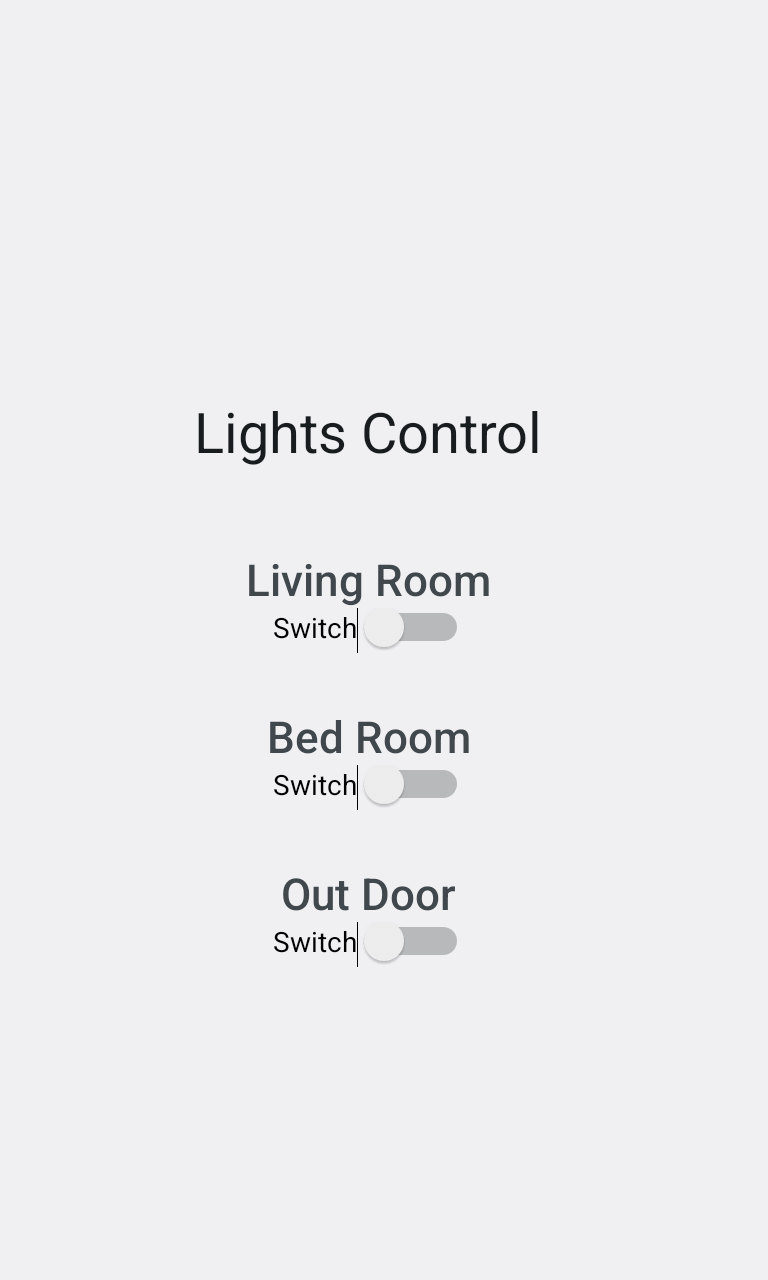
Repository: Teketel/hujeManiita
Layout: workspace/android/Besso/res/layout/control_activity.xml
The author's editor kept a copy of each file at every save. The layout is drawn from the files as they stood at one save, then again after the next save.
It is drawn on a 768 x 1280 px phone screen (xhdpi) without system bars, with theme AppTheme; the app's code is not run.

Above is the layout before, as saved 2013-05-19 22:36:49.

After the next save:
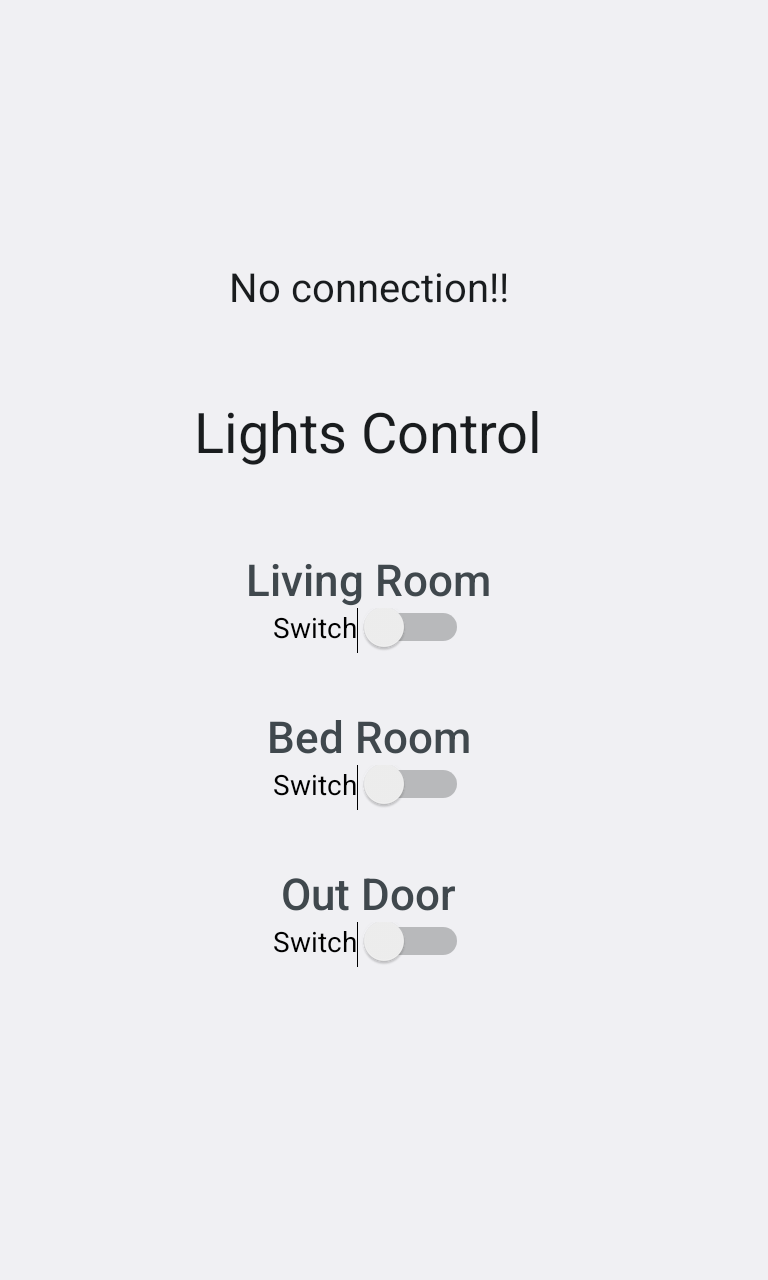
Saved 42 s later.
--- a/workspace/android/Besso/res/layout/control_activity.xml
+++ b/workspace/android/Besso/res/layout/control_activity.xml
@@ -13,7 +13,7 @@
             android:layout_height="wrap_content"
             android:gravity="center"
             android:paddingBottom="40dp"
-            android:text=""
+            android:text="No connection!!"
             android:textAppearance="?android:attr/textAppearanceLarge"
             android:textSize="20dp" />
         <TextView
